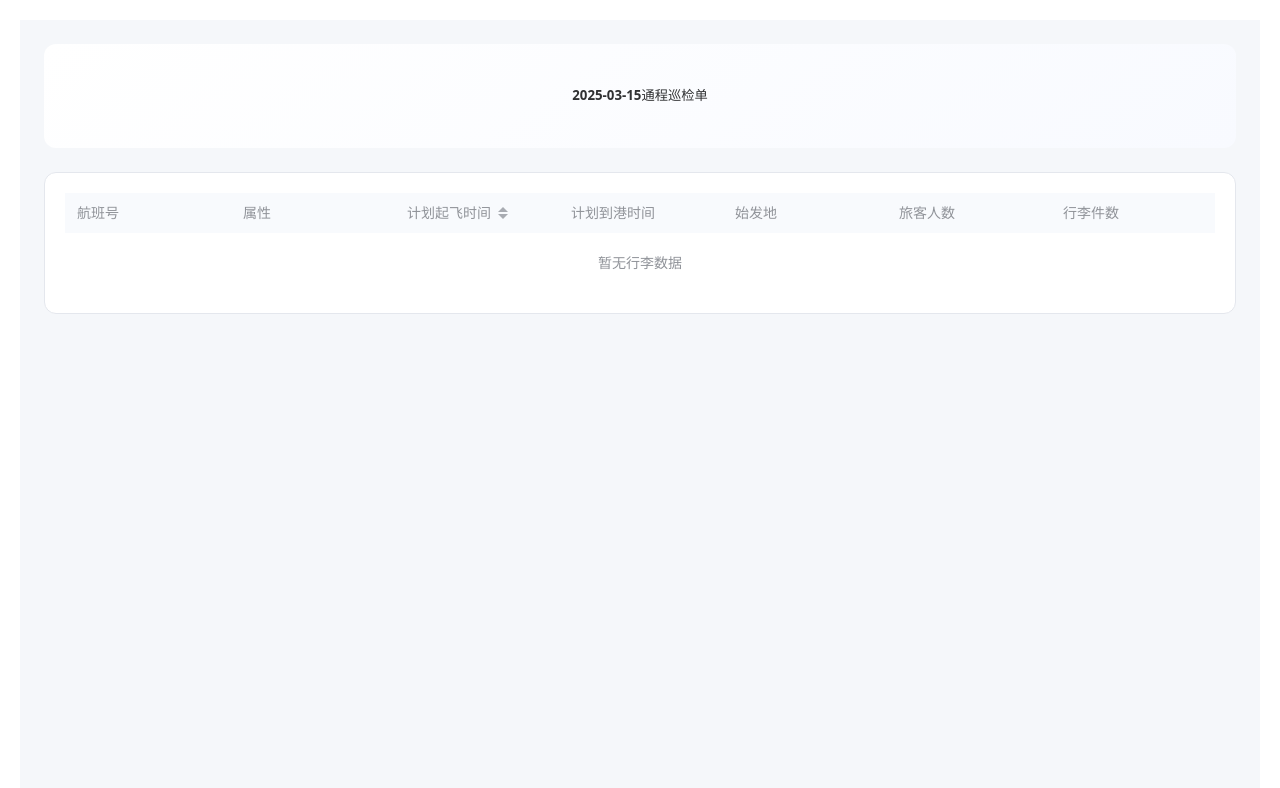
Repository: jhonMacTavish/through-baggage-info-check
Page: / (app in web/)
The author's editor kept a copy of each file at every save. The page is drawn from the files as they stood at one save, then again after the next save.
The browser window is 1280 px wide. The pictures show the whole page.
The page's requests for data from a server got no answer. The project was rebuilt for these pictures with package versions that can differ from the ones it lists, and the page was loaded fresh each time. No one was signed in, and anything a server would have sent is missing. Also part of the build but not shown: web/vite.config.js, web/src/components/Header.vue.

Above is the page before, as saved 2025-03-27 14:45:14.

### web/index.html
<!--
 * @Author: john_mactavish 981192661@qq.com
 * @Date: 2025-03-12 09:20:58
 * @LastEditors: john_mactavish 981192661@qq.com
 * @LastEditTime: 2025-03-27 14:43:42
 * @FilePath: \passengerInfoSearch\web\index.html
 * @Description: 这是默认设置,请设置`customMade`, 打开koroFileHeader查看配置 进行设置: https://github.com/OBKoro1/koro1FileHeader/wiki/%E9%85%8D%E7%BD%AE
-->
<!doctype html>
<html lang="en">
  <head>
    <meta charset="UTF-8" />
    <link rel="icon" type="image/svg+xml" href="/vite.svg" />
    <meta name="viewport" content="width=device-width, initial-scale=1.0" />
    <title>通程行李信息查询</title>
  </head>
  <body>
    <div id="app"></div>
    <script type="module" src="/src/main.js"></script>
  </body>
</html>

### web/src/main.js
/*
 * @Author: john_mactavish 981192661@qq.com
 * @Date: 2025-03-12 09:20:58
 * @LastEditors: john_mactavish 981192661@qq.com
 * @LastEditTime: 2025-03-12 09:31:55
 * @FilePath: \passengerInfoSearch\web\src\main.js
 * @Description: 这是默认设置,请设置`customMade`, 打开koroFileHeader查看配置 进行设置: https://github.com/OBKoro1/koro1FileHeader/wiki/%E9%85%8D%E7%BD%AE
 */
import { createApp } from 'vue'
import './style.css'
import ElementPlus from 'element-plus'
import 'element-plus/dist/index.css'
import App from './App.vue'

createApp(App).use(ElementPlus).mount('#app')

### web/src/style.css
:root {
  font-family: system-ui, Avenir, Helvetica, Arial, sans-serif;
  line-height: 1.5;
  font-weight: 400;

  color-scheme: light dark;
  color: rgba(255, 255, 255, 0.87);
  background-color: #242424;

  font-synthesis: none;
  text-rendering: optimizeLegibility;
  -webkit-font-smoothing: antialiased;
  -moz-osx-font-smoothing: grayscale;
}

a {
  font-weight: 500;
  color: #646cff;
  text-decoration: inherit;
}
a:hover {
  color: #535bf2;
}

body {
  margin: 0;
  display: flex;
  place-items: center;
  min-width: 320px;
  min-height: 100vh;
}

h1 {
  font-size: 3.2em;
  line-height: 1.1;
}

button {
  border-radius: 8px;
  border: 1px solid transparent;
  padding: 0.6em 1.2em;
  font-size: 1em;
  font-weight: 500;
  font-family: inherit;
  background-color: #1a1a1a;
  cursor: pointer;
  transition: border-color 0.25s;
}
button:hover {
  border-color: #646cff;
}
button:focus,
button:focus-visible {
  outline: 4px auto -webkit-focus-ring-color;
}

.card {
  padding: 2em;
}

#app {
  box-sizing: border-box;
  width: 100vw;
  height: 100vh;
  margin: 0 auto;
  padding: 20px;
  /* text-align: center; */
}

@media (prefers-color-scheme: light) {
  :root {
    color: #213547;
    background-color: #ffffff;
  }
  a:hover {
    color: #747bff;
  }
  button {
    background-color: #f9f9f9;
  }
}

### web/src/App.vue
<!--
 * @Author: john_mactavish 981192661@qq.com
 * @Date: 2025-03-12 09:20:58
 * @LastEditors: john_mactavish 981192661@qq.com
 * @LastEditTime: 2025-03-27 14:45:13
 * @FilePath: \passengerInfoSearch\web\src\App.vue
-->
<script setup>
import { onMounted, ref } from 'vue'
import { ElMessage } from 'element-plus'
import Header from './components/Header.vue'
import axios from 'axios'
import { dayjs } from 'element-plus'

const tableData = ref([])
const loading = ref(false)
const date = dayjs().format('YYYY-MM-DD')

const getData = async () => {
  try {
    const { data } = await axios.get("/api/queryThroughBaggageInfo", {
      params: {}
    });

    if (data.data.length == 0) {
      ElMessage.warning(`没有通程行李信息`)
    } else {
      tableData.value = data.data.map(item => ({
        ...item,
        计划起飞时间: dayjs(item.计划起飞时间).format('YYYY-MM-DD HH:mm:ss'),
        计划到港时间: dayjs(item.计划到港时间).format('YYYY-MM-DD HH:mm:ss')
      }))
    }
  } catch (error) {
    console.log(error);
    ElMessage.error(`通程行李信息获取失败: ${error.message}`)
  }
}

onMounted(() => {
  getData();
})

</script>

<template>
  <div class="container">
    <el-container>
      <!-- 头部区域 -->
      <el-header class="header-wrapper">
        <el-card shadow="hover" class="header-card">
          <!-- <Header @emitSearch="queryPassenger" @emitReset="reset" /> -->
          <h5 style="text-align: center;">{{ date }}通程巡检单</h5>
        </el-card>
      </el-header>

      <!-- 主内容区域 -->
      <el-main class="main-wrapper">
        <!-- 乘客信息卡片 -->
        <el-card shadow="hover" class="table-card">
          <el-skeleton :loading="loading" :rows="6" animated>
            <el-table id="educe-table" :data="tableData" stripe highlight-current-row empty-text="暂无行李数据">
              <el-table-column prop="航班号" label="航班号" />
              <el-table-column prop="属性" label="属性" />
              <el-table-column prop="计划起飞时间" label="计划起飞时间" sortable />
              <el-table-column prop="计划到港时间" label="计划到港时间" />
              <el-table-column prop="始发地" label="始发地" />
              <el-table-column prop="旅客人数" label="旅客人数" />
              <el-table-column prop="行李件数" label="行李件数" />
            </el-table>
          </el-skeleton>
        </el-card>
      </el-main>
    </el-container>
  </div>
</template>

<style scoped lang="scss">
.container {
  max-width: 1440px;
  margin: 0 auto;
  padding: 24px;
  background: #f5f7fa;
  min-height: 100vh;
}

.header-wrapper {
  height: auto;
  padding: 0;
  margin-bottom: 24px;

  .header-card {
    border-radius: 12px;
    background: linear-gradient(145deg, #ffffff 0%, #f8faff 100%);
    border: none;
  }
}

.main-wrapper {
  padding: 0;

  .table-card {
    border-radius: 12px;
    margin-bottom: 24px;
    transition: box-shadow 0.3s ease;

    &:hover {
      box-shadow: 0 6px 18px rgba(0, 0, 0, 0.08);
    }

    :deep(.el-table) {
      --el-table-border-color: transparent;
      --el-table-header-bg-color: #f8fafd;
    }
  }
}

.custom-divider {
  margin: 32px 0;
  color: #909399;

  .divider-text {
    margin: 0 12px;
    font-size: 14px;
    font-weight: 500;
  }

  .el-icon {
    vertical-align: middle;
  }
}

.name-btn {
  font-weight: 500;
  transition: all 0.2s;

  &:hover {
    transform: translateX(3px);
    color: var(--el-color-primary) !important;
  }
}

.pass-photo {
  // width: 120px;
  // height: 80px;
  border-radius: 6px;
  box-shadow: 0 2px 8px rgba(0, 0, 0, 0.1);
  transition: transform 0.3s;

  &:hover {
    transform: scale(1.03);
    cursor: zoom-in;
  }
}

.image-error {
  @apply flex flex-col items-center justify-center h-full text-gray-400;

  .el-icon {
    font-size: 24px;
    margin-bottom: 8px;
  }
}
</style>

After the next save:
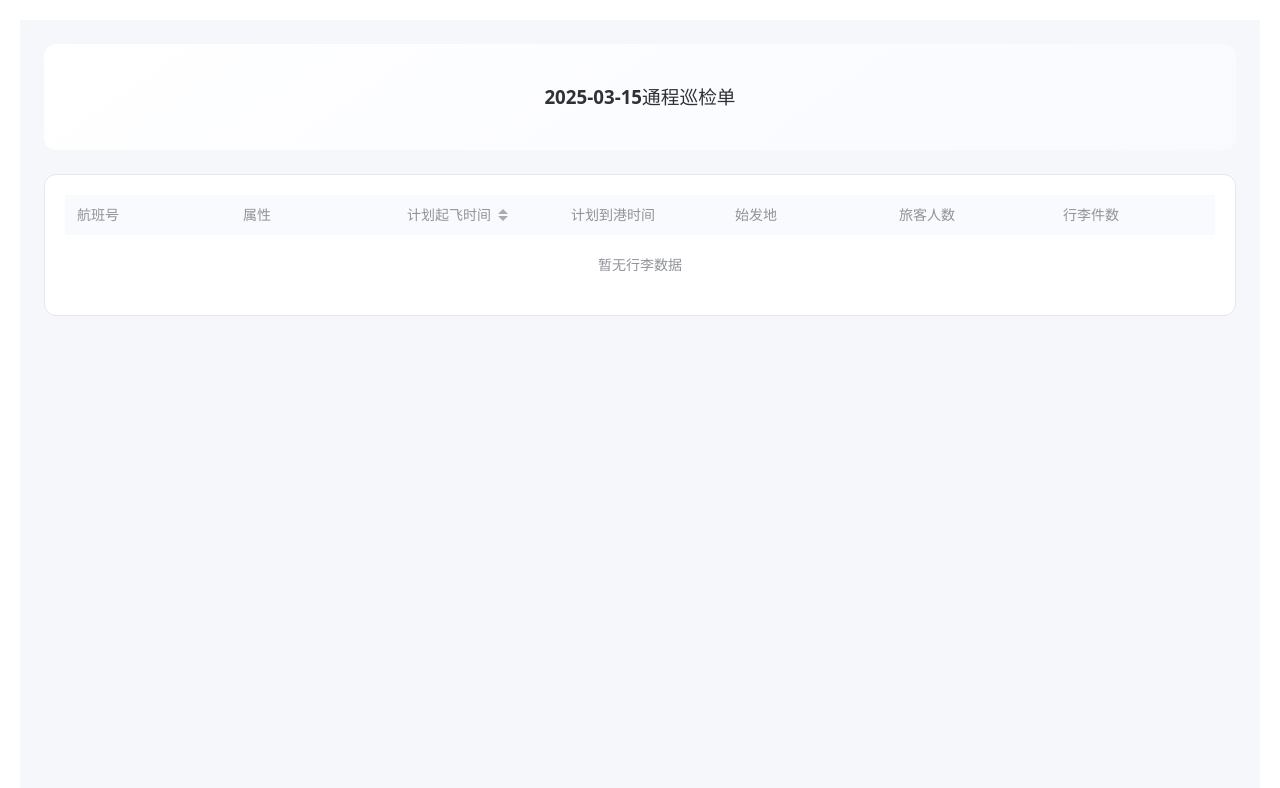
Saved 5 s later.
--- a/web/src/App.vue
+++ b/web/src/App.vue
@@ -50,7 +50,7 @@ onMounted(() => {
       <el-header class="header-wrapper">
         <el-card shadow="hover" class="header-card">
           <!-- <Header @emitSearch="queryPassenger" @emitReset="reset" /> -->
-          <h5 style="text-align: center;">{{ date }}通程巡检单</h5>
+          <h3 style="text-align: center;">{{ date }}通程巡检单</h3>
         </el-card>
       </el-header>
 
